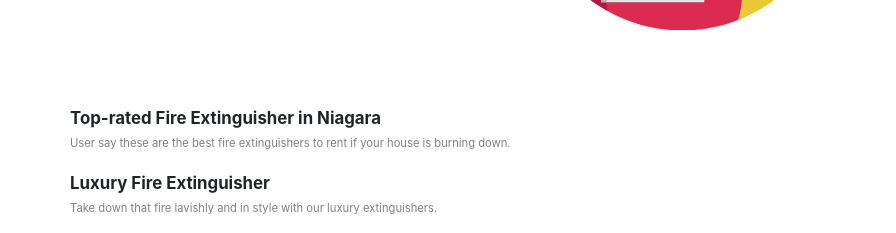
Repository: tomas938/Nuxt-crash-app
Page: /
These files come from the project's save history. The page is drawn as it stood at one moment and after the next save; the edit follows.
The browser window is 1280 px wide. The pictures show the part of the page from y = 509 to 2429 px (the page is 842 px tall before and 3266 px after), at 70% of full size.
The project was rebuilt for these pictures with package versions that can differ from the ones it lists, and the page was loaded fresh each time. The framework's server and built-in components were replaced by stand-ins that run in the browser. Also part of the build but not shown: nuxt.config.js.

Above is the page before, as saved 2021-08-29 12:40:23.

After the next save:
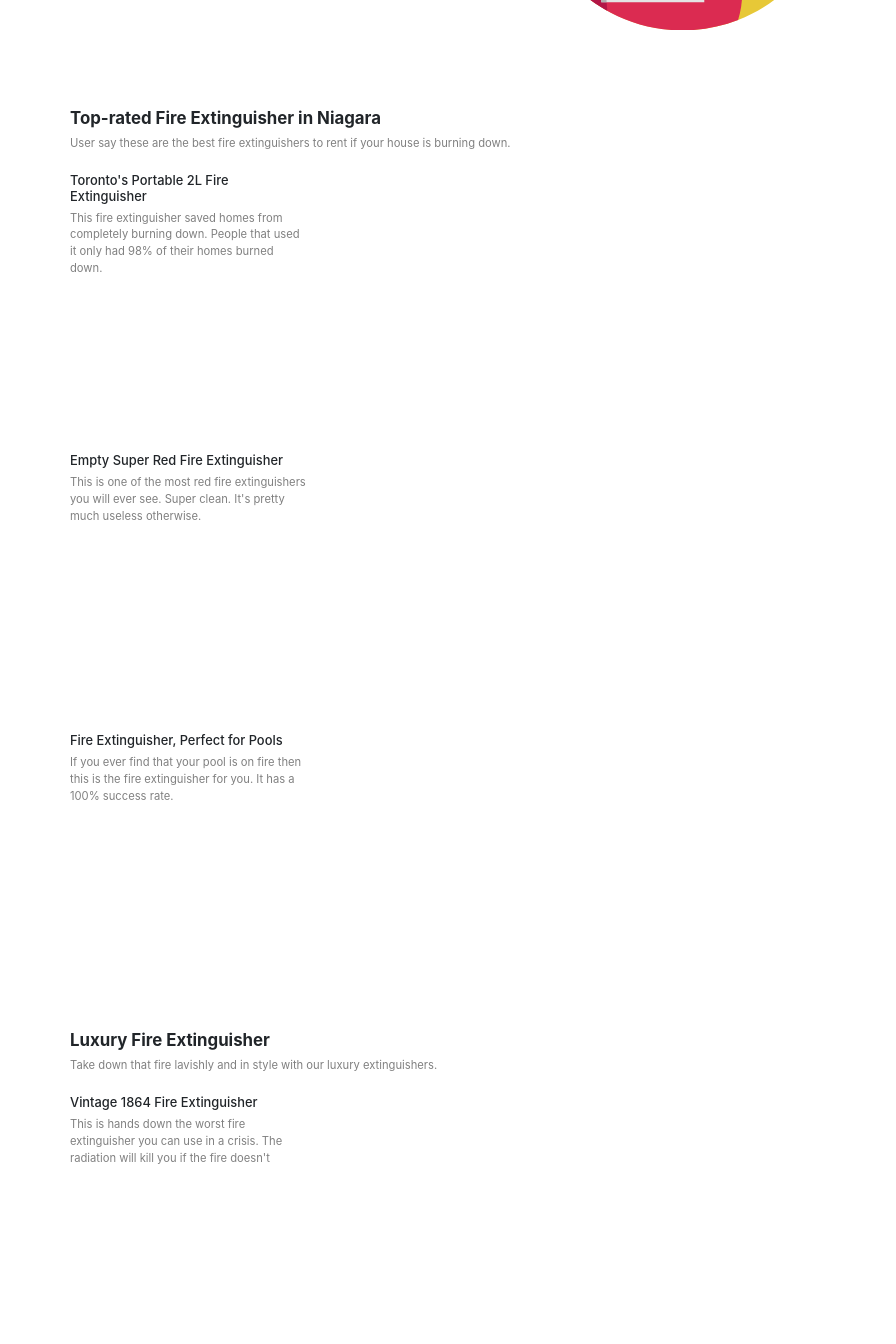
Saved 28 s later.
--- a/components/LargeCard.vue
+++ b/components/LargeCard.vue
@@ -1,6 +1,6 @@
 <template>
   <div class="card">
-    <img :src="requier(`../assets/data.js`)" alt="fe" class="image" />
+    <!-- <img :src="requier(`../assets/data.js`)" alt="fe" class="image" /> -->
     <h3 class="header">{{ card.title }}</h3>
     <p class="snippet">{{ card.snippet }}</p>
   </div>

After the save that followed:
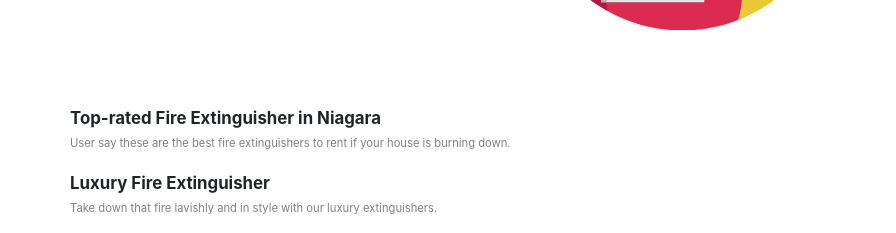
Saved 5 s later.
--- a/components/LargeCard.vue
+++ b/components/LargeCard.vue
@@ -1,6 +1,6 @@
 <template>
   <div class="card">
-    <!-- <img :src="requier(`../assets/data.js`)" alt="fe" class="image" /> -->
+    <img :src="requier(`../assets/data.js`)" alt="fe" class="image" />
     <h3 class="header">{{ card.title }}</h3>
     <p class="snippet">{{ card.snippet }}</p>
   </div>
